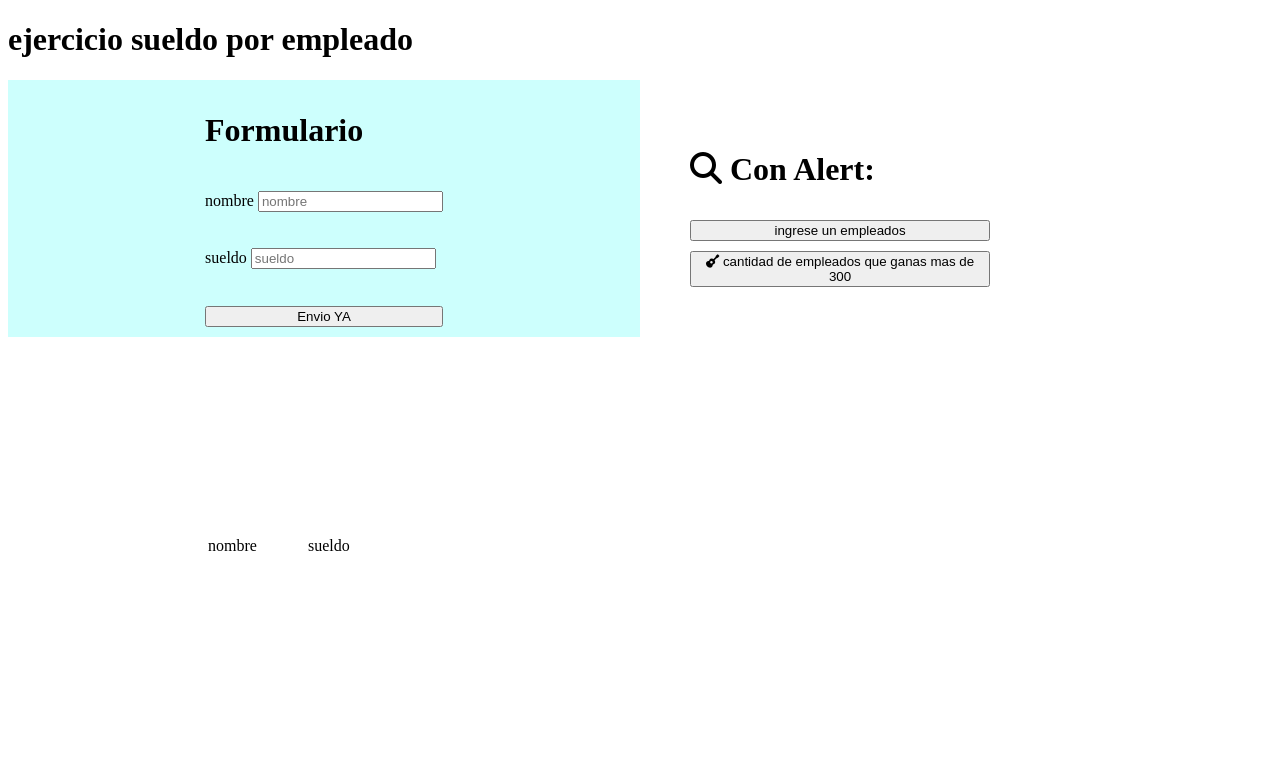
Repository: wolfmarcos/Ej-FormSesionEmpleados
Page: index.html
The author's editor kept a copy of each file at every save. The page is drawn from the files as they stood at one save, then again after the next save.
The browser window is 1280 px wide. The pictures show the whole page.
Some web libraries are served in a nearby version.

Above is the page before, as saved 2022-07-31 04:23:21.

### index.html
<!DOCTYPE html>
<html lang="en">

<head>
    <script src="https://kit.fontawesome.com/708068a0d3.js" crossorigin="anonymous"></script>
    <meta charset="UTF-8">
    <meta http-equiv="X-UA-Compatible" content="IE=edge">
    <meta name="viewport" content="width=device-width, initial-scale=1.0">
    <link rel="stylesheet" href="ej1.css">

    <title>Document</title>
</head>


    <h1>ejercicio sueldo por empleado</h1>
<header>



    <form  class="forms"  id="form" name="form" method="post">

    <h1>Formulario</h1>

    <div class="h">
        <leibel>nombre</leibel>
        <input id="nombres" type="text" maxlengt="10" placeholder="nombre" class="i"></imput>
        <p class="nota"></p>

    </div>
       <div class="h">

           <leibel>sueldo</leibel>
           <input id="sueldos" type="text" maxlengt="19" placeholder="sueldo" class="i" ></imput>
           <p class="nota"></p>

       </div>


        <input type="submit" value="Envio YA">
            <!-- <button type="submit" >ENVIAR</button> -->


    </form>





<div class="alet">

       <h1><i class="fa-solid fa-magnifying-glass"></i> Con Alert:</h1>

    <button id="agregarHTML">ingrese un empleados</button>

    <button id="empleadosMas300">
        <i class="fa-solid fa-guitar"></i>
        cantidad de empleados que ganas mas de 300 </button>



</div>




</header>
<main>
    <div class="contenedorR">
        <div>nombre</div>
        <div>sueldo</div>
        <div class="datos"></div>

    </div>

</main>
    <script src="ej1.js"></script>
</body>

<div>
    <br>




</div>



</html>

### ej1.css
header {
  display: grid;
  grid-template-columns: repeat(2, 1fr);

}

.contenedorR {
  display: grid;
  grid-template-columns: repeat(2, 100px);
  /* gap:10px */
  padding: 200px;
}

/* .ok .nota{display: none;} */
/* .ok letra{  border-bottom: solid 1px rgb(14, 148, 34);box-shadow: 1px 1px 3px 1px green;} */


/* .b input{border-bottom: solid 2px rgb(0, 0, 0)} */

.forms {
  display: grid;
  justify-content: center;
  align-items: center;
background-color: rgb(205, 255, 253);

}
/* .forms .nota{visibility: hidden;} */

/* .forms  .nota{  background-color: blueviolet;  } */
.alet {
  display: flex;
  flex-direction: column;
  /* align-items: flex-start */
  max-width: 300px;
  padding: 50px;
  gap: 10px;
}
 /* .d.h.nota{visibility: hidden;} */
/* .b.borde{border-bottom: solid 5px brown;} */
.forms.h{
  background-color: blue;
  padding: 20px;
  margin: 30px;
  box-shadow: 10px 10px 10px;
  /* visibility: visible; */
  /* position: absolute;
  font-size: 20000px;
  font-weight: 500;
  text-align: right; */

}
/* .p.nota{visibility: visible;} */


/* .forms.ok input {  border: 0.1px solid;  border-color: #08ffc8;} */
/* .agrega  {  background-color: blueviolet;  visibility: visible;  color:#e74c3c;} */

### ej1.js
// En una empresa trabajan n empleados cuyos  nombre y sueldo se carga por un formulario desde el celular. sueldos oscilan entre $100 y $500,
//  realizar un programa que lea los sueldos que cobra cada empleado e informe cuántos empleados cobran menos de  $200  en una tabla y mas de $300  en otra tabla
//  recuerde cargar los datos como  un nuevo objeto. Además el programa deberá informar el importe que gasta la empresa en sueldos total del personal.
let aprobados = 0;
let i = 0;
let repeticion = true;
resu = document.querySelector(".contenedorR2")

datos = document.querySelector(".datos")
// let arrayDesaprobados = []
const empleados = [];
let resud = "";
let nombres = document.querySelector("#nombres");
let sueldos = document.querySelector("#sueldos");

// reseteo
const forms=document.querySelector(".forms")

// email.conten(/\w+@+\./)

valdarCampos = (nombres,sueldos) => {


    let declaracion = true
    console.log(nombres.value)

    if (!nombres.value) {
        declaracion =  formNul(nombres, "llene los campos")
    }
    if (!sueldos.value) {
        declaracion = formNul(sueldos, "ingrese una cifra")
    } else {
        if (!isNaN(sueldos)) {
            declaracion = formNul(sueldos, "no es numero")
        }
    }
    if (sueldos.value.length > 4) {
        declaracion = formNul(sueldos, "menos de 5 cifras")
    }
       if (nombres.value.length > 10) {
        declaracion = formNul(nombres, "menos de 10 caracteres")
    }
    if (nombres.value.length < 3) {
        declaracion = formNul(nombres, "mas de 3 caracteres")
    }
    // if (nombre.test(".")) {alert("NO")}else{     error=1}
    if (/^[a-zA-Z0-9\_\-]{4,16}$/.test(nombres.value))
     {
        console.log("correcto"+/^[a-zA-Z0-9\_\-]{4,16}$/.test(nombres.value)) }
       else{ console.log("incorrecto:" + /^[a-zA-Z0-9\_\-]{4,16}$/.test(nombres.value));
        declaracion = formNul(nombres, "solo letra y numeros ")
    }
    console.log(declaracion)

    return (true == declaracion)
}

formNul = (inputs, error) => {
    const suPadre = inputs.parentElement
    const donde = suPadre.querySelector("p")
    // const errores=0  .agrega p
    donde.innerText = error;

    // donde.className = 'agrega'
    // donde.classList.add("agrega")
    suPadre.classList.add("p")
    return false
}
// // const remover=document.querySelector(".forms div")
// let nr2=remover[0].children
// let nr1=remover[1].children




forms.addEventListener("submit", (e) => {
    let verifica=true
    // nr1[1].classList.replace("borde","b")
    //  nr2[1].classList.replace("borde","b")
    // forms.classList.remove("p")
    forms.className = 'forms h'

    //  forms.classList.add("p")
    // remover.classList.replace("borde","b")
    e.preventDefault();

     verifica = valdarCampos(nombres,sueldos);
    console.log("final :" + verifica)
    if (verifica) {
        nombre = nombres.value
        sueldo = sueldos.value


        //   empleados[i]=[nombre,sueldo,(i+"pepito") ] ;
        //  empleados[i].push(nombre,sueldo );


        //   localStorage
        empleados[i] = {
            nomebres: nombre,
            sueldos: sueldo,
            id: (i + "pepito")
        }
        sessionStorage.setItem(i, i++)
        sessionStorage.setItem('empleadoss', empleados)
        // repeticion=confirm("ingresar otro  empleado")
        //   Object.values()
        // empleados[0]=sessionStorage.getItem('empleadoss')


        console.log(empleados)
        console.log(sessionStorage.getItem(i))

        //  for (let cada of empleados){console.log(cada.sueldos);};
        //   localStorage.href="#"
        // location
        nombres.value="";
        sueldos.value="";
        // forms.classList.add("ok")
        // forms.classList.add("f")
    }
    // else {

    //     forms.classList.add("f")
    //   }








});







// let emp = new Empleados;
document.querySelector("#agregarHTML").addEventListener("click", (e) => {
    nombre = nombres.value
    sueldo = sueldos.value

    while (repeticion == true) {
        let nombre = prompt("empleado: ");
        let sueldo = parseInt(prompt("sueldo: "));
        //   empleados[i]=[nombre,sueldo,(i+"pepito") ] ;
        //  empleados[i].push(nombre,sueldo );
        empleados[i] = {
            nomebres: nombre,
            sueldos: sueldo,
            id: (i + "pepito")
        }
        i = i + 1;
        repeticion = confirm("ingresar otro  empleado")
    };
    //   Object.values()
    for (let cada of empleados) {
        console.log(cada.sueldos);
    };


});


// empleados.forEach( cada => console.log( cada["nomebres"]));


document.querySelector("#empleadosMas300").addEventListener("click", (e) => {
    console.log(typeof empleados[0].sueldos)
    const emas300 = empleados.filter((x) => x.sueldos > 300)
    console.log(emas300)
    for (let cada of emas300) {
        console.log(cada[1]);
    };


    for (n of emas300) {
        resud += `<div>${n.nomebres}</div>  <div>${n.sueldos}</div>`
        // '<div>'+n.nomebres+'</div>'+'<div>'+n.sueldos+'</div>'

        //     <div>${n.nomebres}</div>
        //      <div>${n.sueldos}</div>

        console.log(resud)

    }

    // datos.outerHTML=
    // `<div class="contenedorR">
    // <div>nombre</div>
    // <div>sueldo</div>
    // ${resud}
    // </div>`

    datos.outerHTML = resud;



})



// let sueldo= parseFloat(prompt("suldo: "));
//  new emp(nombre,sueldo)

// console.log("aprobaron: " + aprobados)
// console.log(arrayAprobados);
// console.log("desaprobaron: " + desaprobados)
// console.log(arrayDesaprobados);

After the next save:
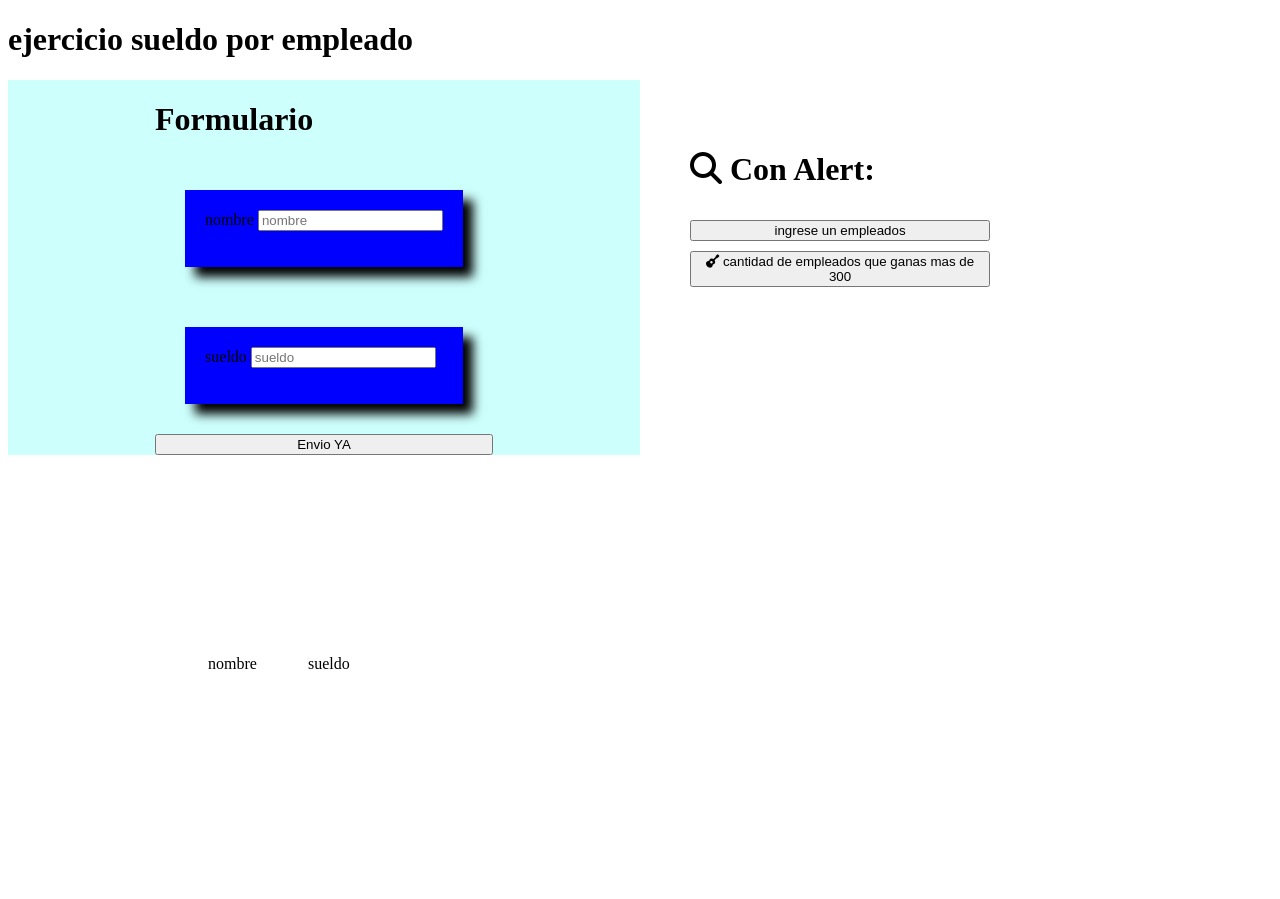
Saved 15 s later.
--- a/ej1.css
+++ b/ej1.css
@@ -37,7 +37,7 @@ background-color: rgb(205, 255, 253);
 }
  /* .d.h.nota{visibility: hidden;} */
 /* .b.borde{border-bottom: solid 5px brown;} */
-.forms.h{
+.forms div{
   background-color: blue;
   padding: 20px;
   margin: 30px;
